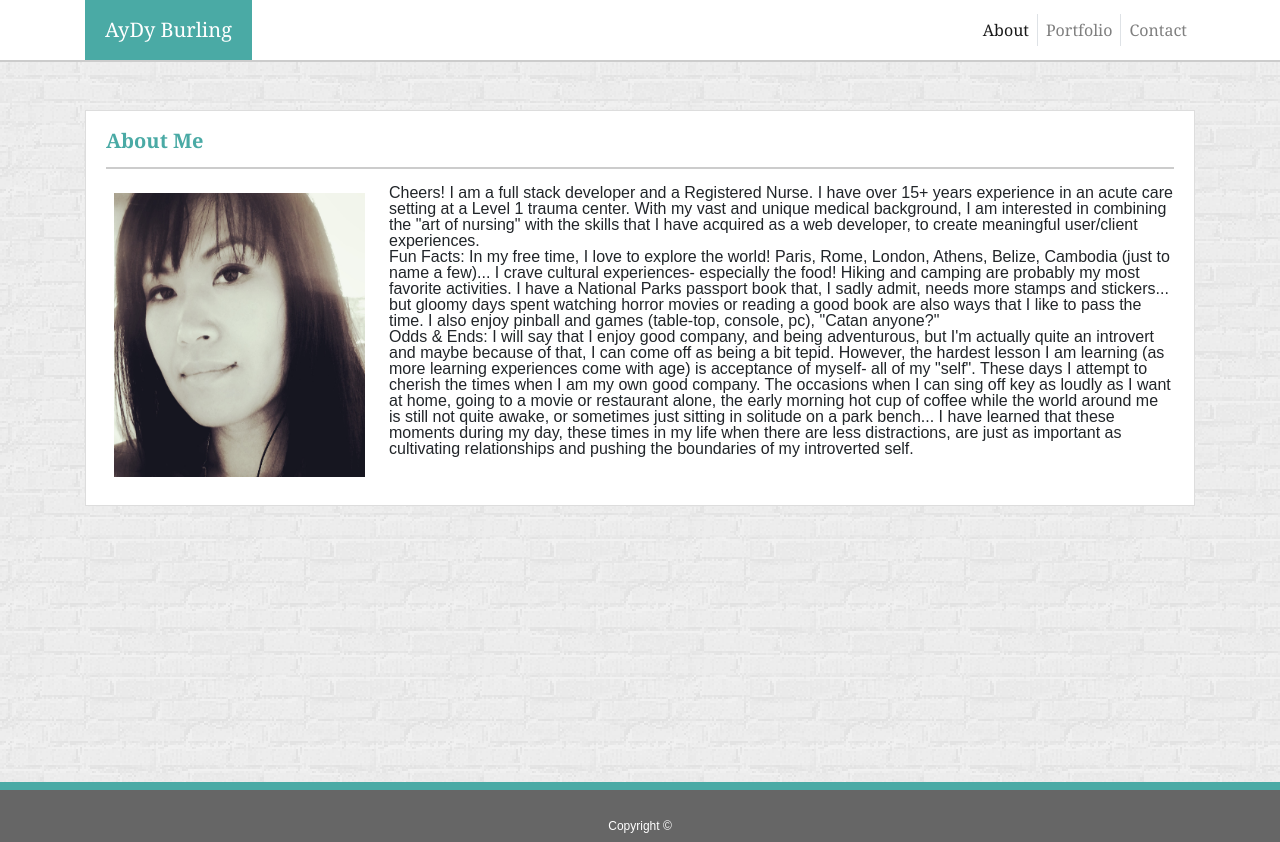
Repository: Dee1985/AyDy-Burling-prework
Page: Module-1_Assessment/index.html
An editor plug-in stored every save of this project. The page is shown before and after the next save, followed by the edit.
The browser window is 1280 px wide. The pictures show the whole page.

Above is the page before, as saved 2020-05-22 21:58:24.

After the next save:
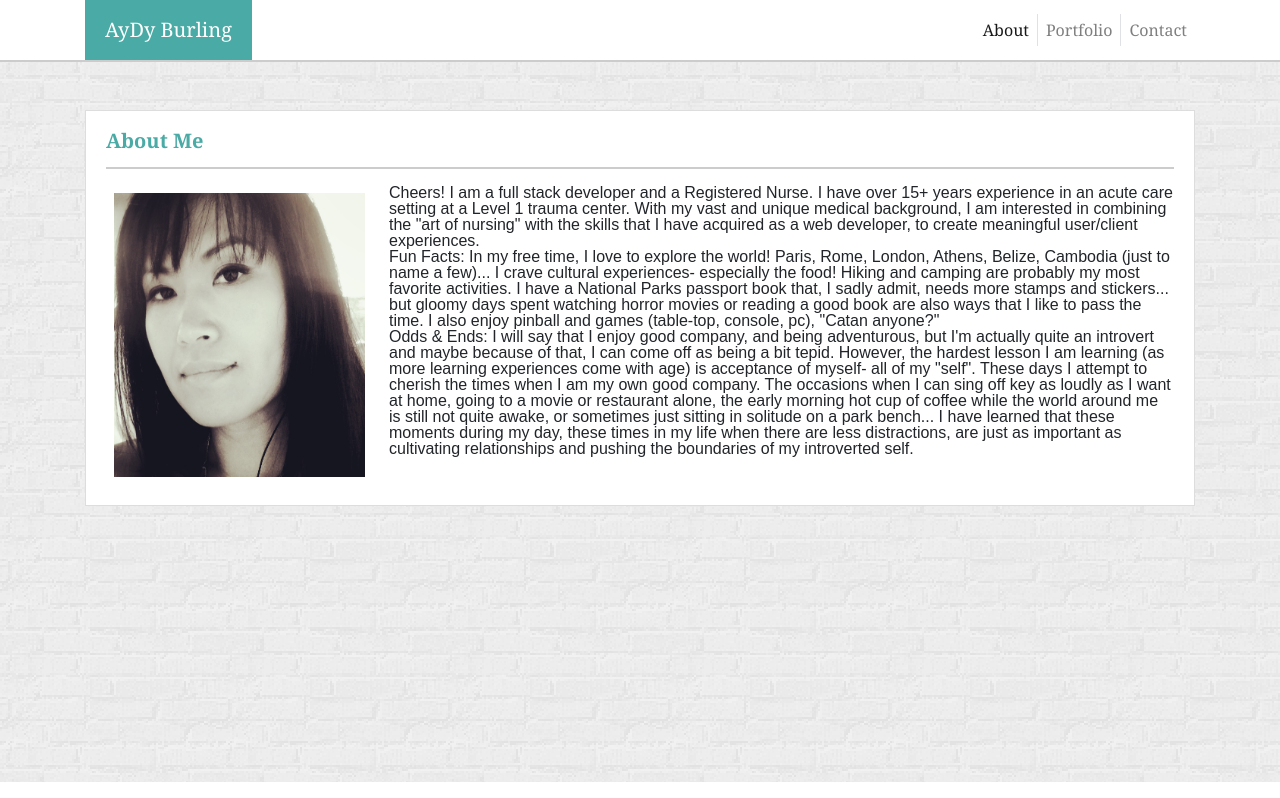
Saved 31 s later.
--- a/Module-1_Assessment/index.html
+++ b/Module-1_Assessment/index.html
@@ -113,7 +113,7 @@
 		</section>
 
 		<footer>
-			<div class="fixed-bottom text-center text-white">Copyright &copy;</div>
+			<div class="text-center text-white">Copyright &copy;</div>
 		</footer>
 
 		<script

After the 2 saves that followed:
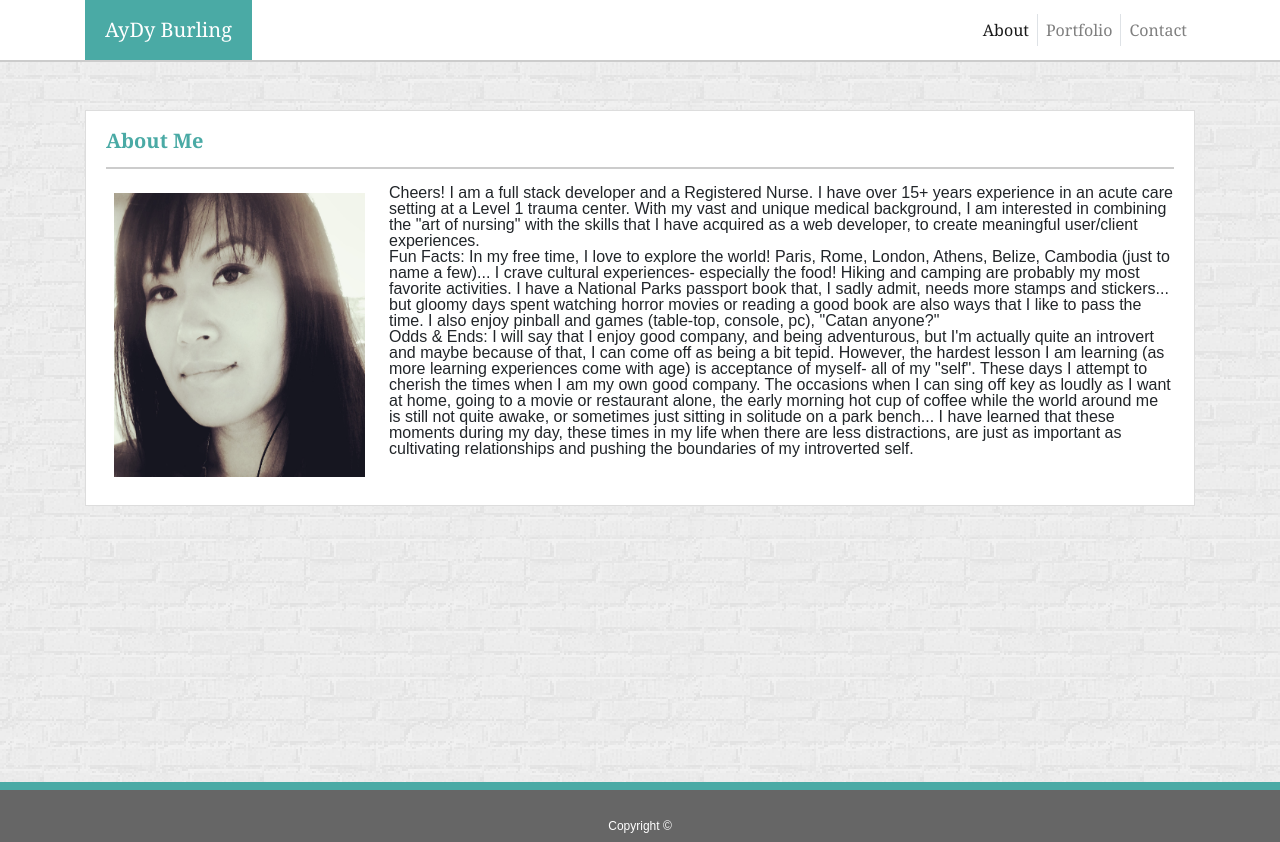
The 2 saves are shown as one change because 1 left the picture as it was.
The last was saved 13 s later.
--- a/Module-1_Assessment/assets/css/style.css
+++ b/Module-1_Assessment/assets/css/style.css
@@ -51,7 +51,7 @@ hr {
 	padding-bottom: 10px;
 }
 
-.fixed-bottom {
+footer {
 	border-top: 8px solid #4aaaa5;
 	background-color: #666666;
 	color: #ffffff;
